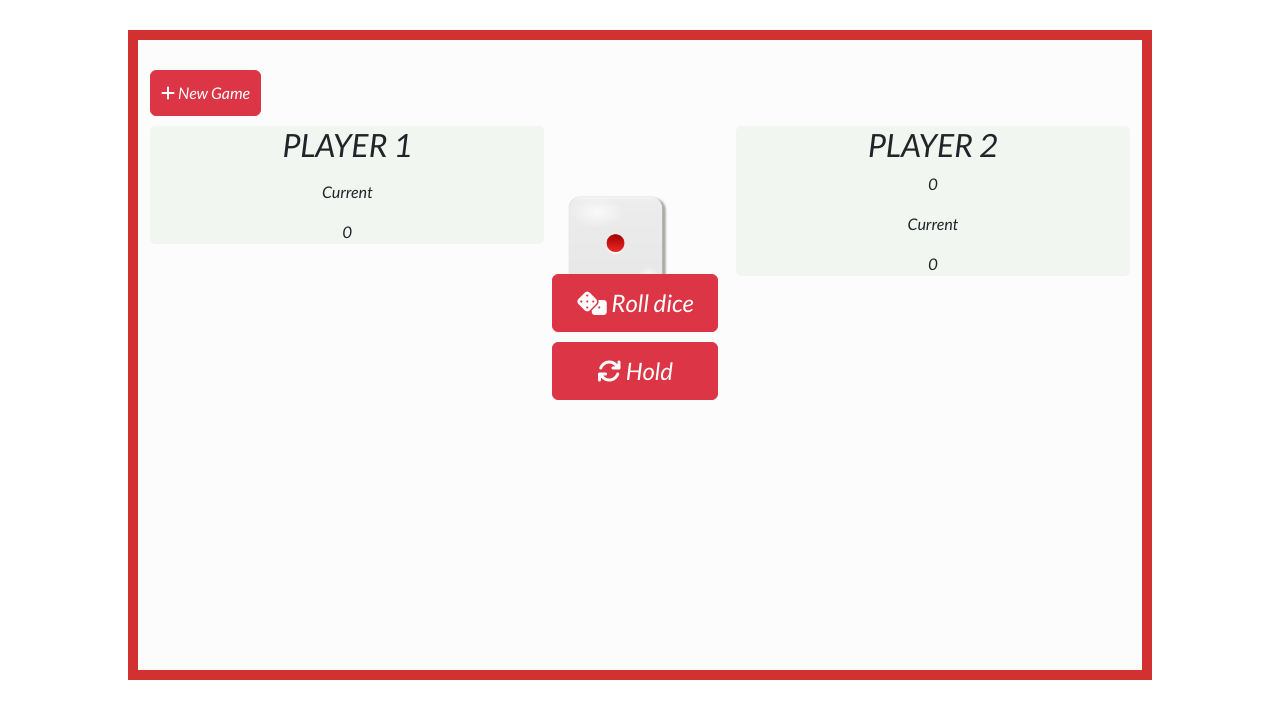
Repository: haifabilel/Eval_JAVASCRIPT
Page: index.html
An editor plug-in stored every save of this project. The page is shown before and after the next save, followed by the edit.
The browser window is 1280 px wide. The pictures show the whole page.
Some web libraries are served in a nearby version.

Above is the page before, as saved 2023-06-03 13:34:51.

After the next save:
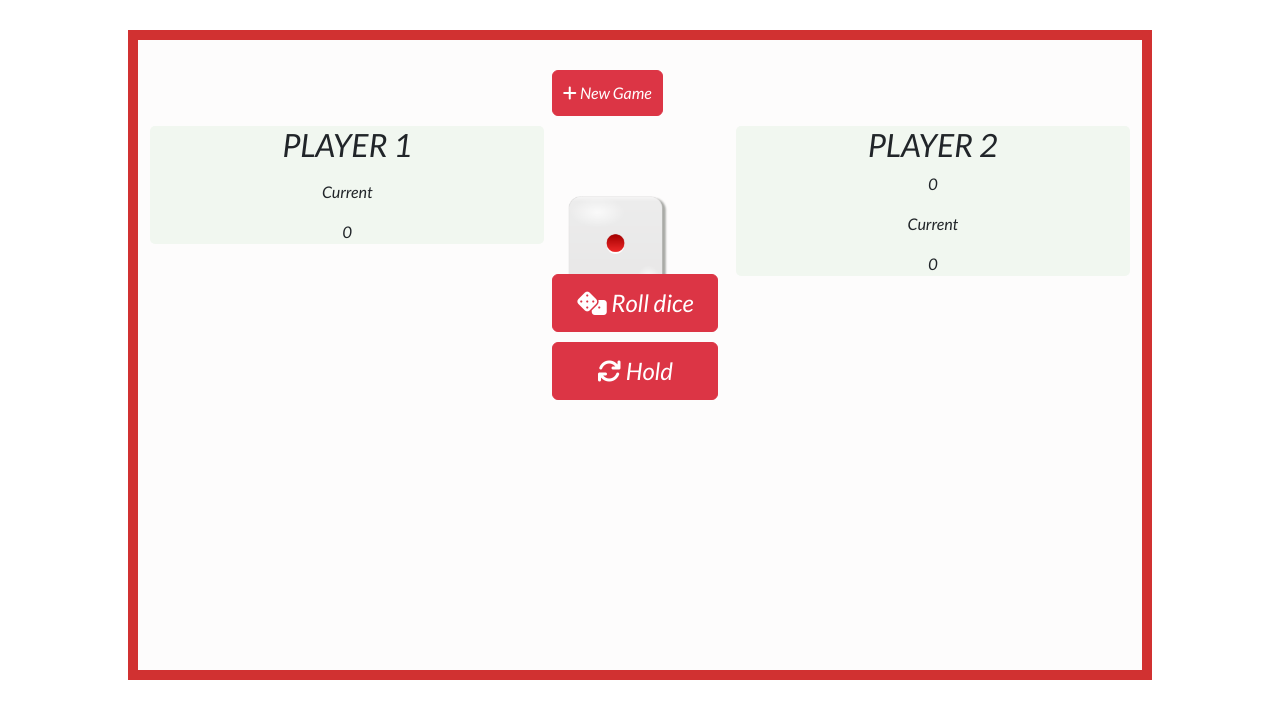
Saved 6 s later.
--- a/style.css
+++ b/style.css
@@ -40,5 +40,5 @@
 .btn_newGame{
     margin-top:30px;
     padding: 10px;
-    margin-left
+    margin-left:41%
 }
